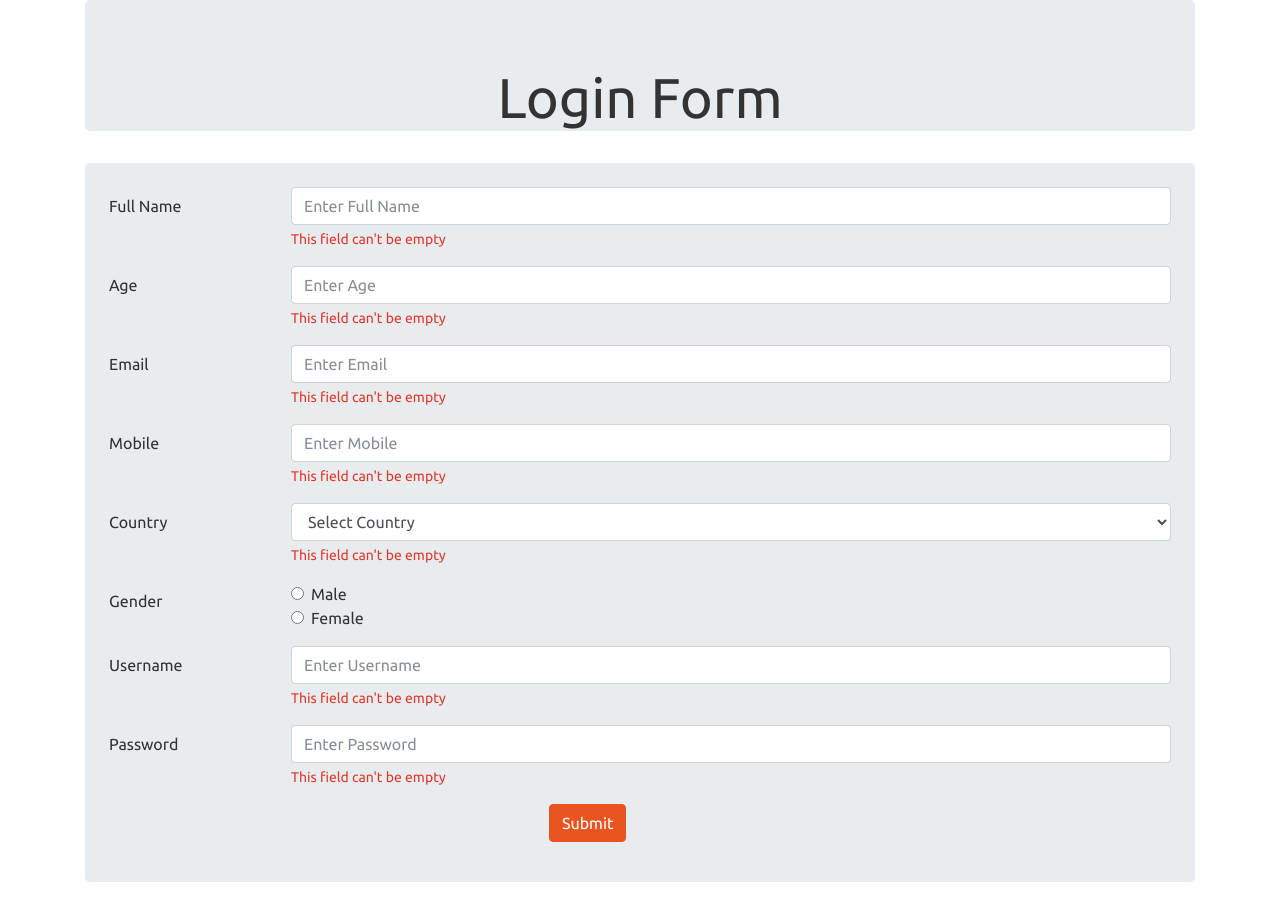
Repository: amar468S/Ng-templateDrivenForm
Page: /
An editor plug-in stored every save of this project. The page is shown before and after the next save, followed by the edit.
The browser window is 1280 px wide. The pictures show the whole page.
Some web libraries are served in a nearby version. The project was rebuilt for these pictures with package versions that can differ from the ones it lists, and the page was loaded fresh each time. Also part of the build but not shown: angular.json.

Above is the page before, as saved 2019-02-03 16:37:18.

### src/index.html
<!doctype html>
<html lang="en">
<head>
  <meta charset="utf-8">
  <title>NgTemplateForms</title>
  <base href="/">

  <meta name="viewport" content="width=device-width, initial-scale=1">
  <link rel="icon" type="image/x-icon" href="favicon.ico">
  <!-- CSS -->
  <link rel="stylesheet" href="https://stackpath.bootstrapcdn.com/bootstrap/4.2.1/css/bootstrap.min.css" integrity="sha384-GJzZqFGwb1QTTN6wy59ffF1BuGJpLSa9DkKMp0DgiMDm4iYMj70gZWKYbI706tWS" crossorigin="anonymous">
  <link rel="stylesheet" href="https://bootswatch.com/4/united/bootstrap.min.css">
  <!-- JS -->
  <script src="https://code.jquery.com/jquery-3.3.1.slim.min.js" integrity="sha384-q8i/X+965DzO0rT7abK41JStQIAqVgRVzpbzo5smXKp4YfRvH+8abtTE1Pi6jizo" crossorigin="anonymous"></script>
  <script src="https://cdnjs.cloudflare.com/ajax/libs/popper.js/1.14.6/umd/popper.min.js" integrity="sha384-wHAiFfRlMFy6i5SRaxvfOCifBUQy1xHdJ/yoi7FRNXMRBu5WHdZYu1hA6ZOblgut" crossorigin="anonymous"></script>
  <script src="https://stackpath.bootstrapcdn.com/bootstrap/4.2.1/js/bootstrap.min.js" integrity="sha384-B0UglyR+jN6CkvvICOB2joaf5I4l3gm9GU6Hc1og6Ls7i6U/mkkaduKaBhlAXv9k" crossorigin="anonymous"></script>

</head>
<body>
  <app-root></app-root>
</body>
</html>

### src/app/app.component.ts
import { Component } from '@angular/core';
import { UserForm } from './UserForm';

@Component({
  selector: 'app-root',
  templateUrl: './app.component.html',
  styleUrls: ['./app.component.css']
})
export class AppComponent {

    userForm:UserForm

    constructor(){
      this.userForm = new UserForm();
    }
}

### src/app/app.component.html
<div class="container">
    <div class="jumbotron pb-0">
      <p class="display-4 text-center mb-0">Login Form</p>
    </div>

  <div class="jumbotron p-4">
  <form #usrForm="ngForm" (ngSubmit)="login(usrForm)">
      <div class="form-group row">
          <label class="col-sm-2 col-form-label">Full Name</label>
          <div class="col-sm-10">
            <input type="text" class="form-control" placeholder="Enter Full Name"
            name="fullname" [(ngModel)]="userForm.fullName" required>
            <small class="form-text text-danger">This field can't be empty</small>
          </div>
      </div>
      <div class="form-group row">
          <label class="col-sm-2 col-form-label">Age</label>
          <div class="col-sm-10">
            <input type="number" class="form-control" placeholder="Enter Age"
            name="age" [(ngModel)]="userForm.age" #age="ngModel" required>
            <small class="form-text text-danger">This field can't be empty</small>
          </div>
      </div>
       <div class="form-group row">
          <label class="col-sm-2 col-form-label">Email</label>
          <div class="col-sm-10">
            <input type="text" class="form-control" placeholder="Enter Email"
            name="email" [(ngModel)]="userForm.email" #email="ngModel" required>
            <small class="form-text text-danger">This field can't be empty</small>
          </div>
      </div>
      <div class="form-group row">
          <label class="col-sm-2 col-form-label">Mobile</label>
          <div class="col-sm-10">
            <input type="text" class="form-control" placeholder="Enter Mobile"
            name="mobile" [(ngModel)]="userForm.mobile" #mobile="ngModel" required>
            <small class="form-text text-danger">This field can't be empty</small>
          </div>
      </div>
      <div class="form-group row">
          <label class="col-sm-2 col-form-label">Country</label>
          <div class="col-sm-10">
            <select class="form-control" name="country" [(ngModel)]="userForm.country" required>
              <option value="">Select Country</option>
              <option value="India">India</option>
              <option value="Sri Lanka">Sri Lanka</option>
              <option value="Bangladesh">Bangladesh</option>
              <option value="Nepal">Nepal</option>
            </select>
            <small class="form-text text-danger">This field can't be empty</small>
          </div>
      </div>
      <div class="form-group row">
          <label class="col-sm-2 col-form-label">Gender</label>
          <div class="col-sm-10">
            <div class="form-check">
              <input class="form-check-input" type="radio" name="gender" [(ngModel)]="userForm.gender" #gender="ngModel">
              <label class="form-check-label">Male</label>
            </div>
            <div class="form-check">
                <input class="form-check-input" type="radio" name="gender"  [(ngModel)]="userForm.gender" #gender="ngModel">
                <label class="form-check-label">Female</label>
            </div>
          </div>
      </div>
      <div class="form-group row">
          <label class="col-sm-2 col-form-label">Username</label>
          <div class="col-sm-10">
            <input type="text" class="form-control" placeholder="Enter Username"
            name="username" [(ngModel)]="userForm.username" #username="ngModel" required>
            <small class="form-text text-danger">This field can't be empty</small>
          </div>
      </div>
      <div class="form-group row">
          <label class="col-sm-2 col-form-label">Password</label>
          <div class="col-sm-10">
            <input type="password" class="form-control" placeholder="Enter Password"
            name="password" [(ngModel)]="userForm.password" #password="ngModel">
            <small class="form-text text-danger">This field can't be empty</small>
          </div>
      </div>
      <div class="form-group row">
          <label class="col-sm-5 col-form-label"></label>
          <div>
            <input type="submit" class="btn btn-primary" [disabled]="usrForm.dirty && usrForm.invalid">
          </div>
      </div>
  </form>
  </div>

</div>

### src/app/UserForm.ts
export class UserForm {
    fullName:string;
    age:string;
    email:string;
    mobile:string;
    country:string;
    gender:string;
    username:string;
    password:string;


    constructor(){
        this.fullName = '';
        this.age = '';
        this.country = '';
        this.email = '';
        this.mobile = '';
        this.username = '';
        this.password = '';
        this.gender = '';
    }
}

Loaded but not shown: src/styles.css (common file); src/main.ts (common file); src/app/app.module.ts (common file); src/environments/environment.ts (common file); src/app/app.component.css (no stored copy; drawn as an empty file)

After the next save:
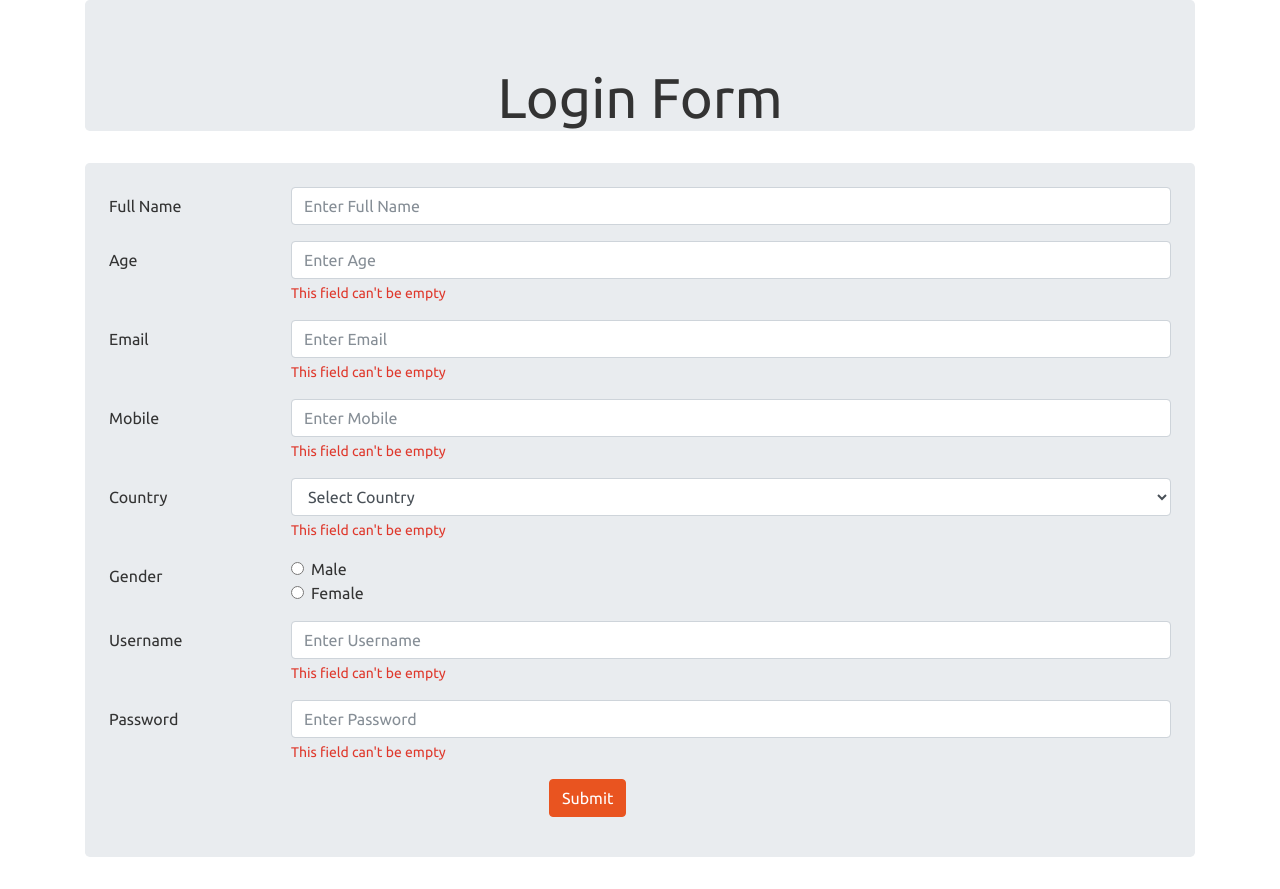
Saved 60 s later.
--- a/src/app/app.component.html
+++ b/src/app/app.component.html
@@ -9,8 +9,8 @@
           <label class="col-sm-2 col-form-label">Full Name</label>
           <div class="col-sm-10">
             <input type="text" class="form-control" placeholder="Enter Full Name"
-            name="fullname" [(ngModel)]="userForm.fullName" required>
-            <small class="form-text text-danger">This field can't be empty</small>
+            name="fullname" [(ngModel)]="userForm.fullName" #fullName="ngModel" required>
+            <small class="form-text text-danger" *ngIf="">This field can't be empty</small>
           </div>
       </div>
       <div class="form-group row">
